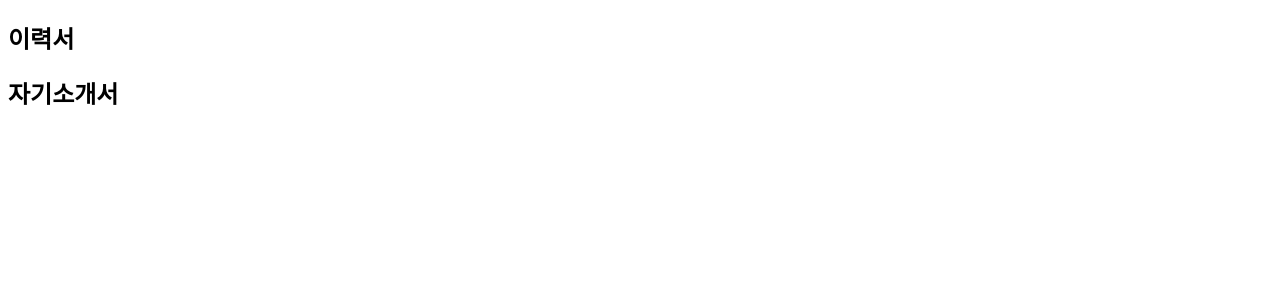
Repository: DongHyenYoo/DongHyen
Page: JdbcStudy/HTMLTEST/WebContent/Main.html
These files come from the project's save history. The page is drawn as it stood at one moment and after the next save; the edit follows.
The browser window is 1280 px wide. The pictures show the whole page.

Above is the page before, as saved 2022-09-23 07:10:40.

### JdbcStudy/HTMLTEST/WebContent/Main.html
<!DOCTYPE html>
<html>
<head>
<meta charset="UTF-8">
<title>Insert title here</title>
</head>
<body>

<h2><a href="resume.html"></a>이력서</h2>


<h2><a href="Selfintro.html"></a>자기소개서</h2>

</body>
</html>

After the next save:
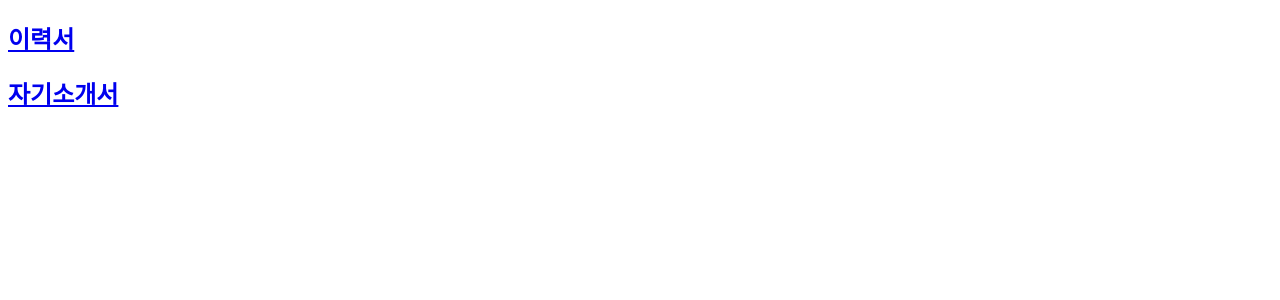
Saved 49 s later.
--- a/JdbcStudy/HTMLTEST/WebContent/Main.html
+++ b/JdbcStudy/HTMLTEST/WebContent/Main.html
@@ -6,10 +6,10 @@
 </head>
 <body>
 
-<h2><a href="resume.html"></a>이력서</h2>
+<h2><a href="resume.html">이력서</a></h2>
 
 
-<h2><a href="Selfintro.html"></a>자기소개서</h2>
+<h2><a href="Selfintro.html">자기소개서</a></h2>
 
 </body>
 </html>
